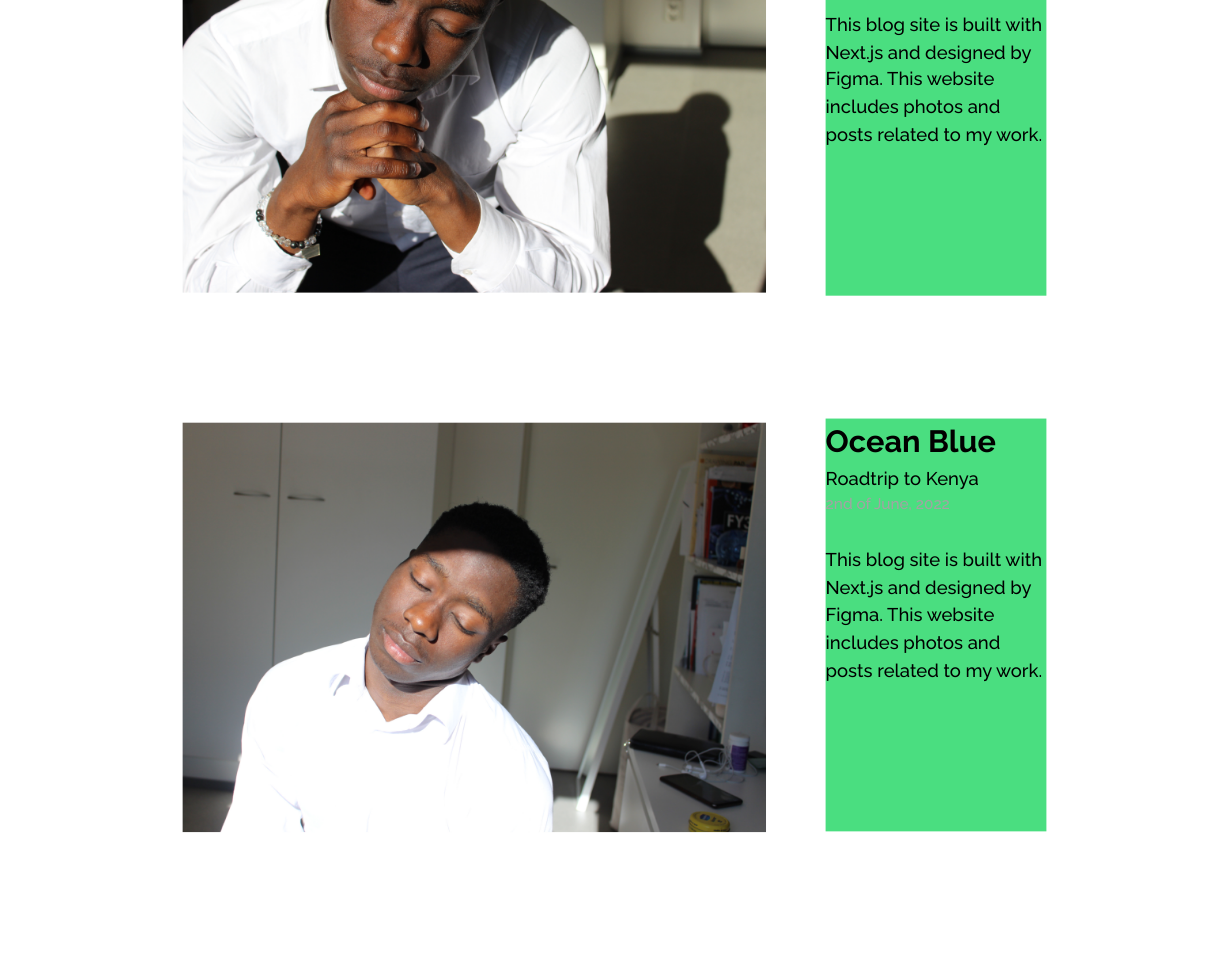
Repository: Graquick/Blog
Page: /photos
An editor plug-in stored every save of this project. The page is shown before and after a run of saves, followed by the edit.
The browser window is 1280 px wide. The pictures show the whole page, at 96% of full size.
The project was rebuilt for these pictures with package versions that can differ from the ones it lists, and the page was loaded fresh each time. The framework's server and built-in components were replaced by stand-ins that run in the browser. Also part of the build but not shown: next.config.js, components/Footer.js.

Above is the page before, as saved 2022-07-07 14:29:46.

### pages/_app.js
import React, { useState, useEffect, useRef, useCallback } from 'react';
import { AnimatePresence } from 'framer-motion'
import { ThemeProvider } from 'next-themes'
import { useRouter } from 'next/router'
import '../styles/globals.css'

function MyApp({ Component, pageProps }) {
  const timeoutRef = useRef();

  const clearTimer = useCallback(
    () => clearTimeout(timeoutRef.current),
    []
  );

  // useEffect(() => {
  //   if (timeoutRef.current) clearTimer();

  //   timeoutRef.current = setTimeout(() => {
  //     window.scrollTo(0, 0);
  //   }, 10);

  //   return () => {
  //     clearTimer();
  //   };
  // }, [clearTimer]);

  useEffect(() => {
    window.history.scrollRestoration = 'manual'
  }, []);


  return (
    <AnimatePresence>
      <ThemeProvider attribute="class">
        <Component {...pageProps} />
      </ThemeProvider>
    </AnimatePresence>
  )
}

export default MyApp

### pages/_document.js
import { Html, Head, Main, NextScript } from 'next/document'

export default function Document() {
  return (
    <Html>
      <Head />
      <body style={{ fontFamily: "Raleway, Roboto", scrollBehavior: "smooth" }}>
        <Main />
        <NextScript />
      </body>
    </Html>
  )
}

### pages/photos.js
import React, { useState, useEffect, useRef } from 'react';
import Head from 'next/head';
import Image from 'next/image';
import Link from 'next/link';
import { useRouter } from 'next/router';
import { motion, AnimatePresence } from 'framer-motion';
import { Icon } from '@iconify/react';

import profile from '../public/profile.png'
import photo1 from '../public/photo-1.png'
import photo2 from '../public/photo-2.png'

import Footer from "../components/Footer";
import Header from "../components/Header";

const photos = [
    { id: 1, src: photo1 },
    { id: 2, src: photo2 }
]

const desc = [
    { id: 1, title: 'Savannah', info: "Roadtrip to Kenya", date: "2nd of June, 2022", text: "This blog site is built with Next.js and designed by Figma. This website includes photos and posts related to my work." },
    { id: 2, title: 'Ocean Blue', info: "Roadtrip to Kenya", date: "2nd of June, 2022", text: "This blog site is built with Next.js and designed by Figma. This website includes photos and posts related to my work."}
]

const layInfo = {
    fixed: "absolute bottom-[4rem] right-0 m-auto flex flex w-[230px] justify-between"
}

export default function Photos() {
  return (
    <>
      <motion.main className="min-h-screen">
          <div className="absolute top-0 bottom-0 left-0 right-0 m-auto w-fit h-fit">
            <Header />
            <div className="w-[900px] h-fit flex justify-between">
              <div>
                {photos.map((img, i) => (
                  <div key={i} className="mb-32">
                    <Image src={img.src}
                      alt="Img"
                      width={608}
                      height={427}
                      blurDataURL={profile}
                      placeholder="blur"
                      priority
                    />
                  </div>
                ))}
              </div>

              <div>
                {desc.map((desc, i) => (
                  <div key={i} className="w-[230px] h-[430px] bg-green-400 flex flex-col gap-8 mb-32">
                    <div>
                      <h1 className="text-[2rem] font-bold w-fit">{desc.title}</h1>
                      <p className="font-medium text-[1.2rem] cursor-default">{desc.info}</p>
                      <span className="font-medium cursor-default text-neutral-400">{desc.date}</span>
                    </div>
                    <p className="font-medium text-[1.2rem] cursor-default">{desc.text}</p>
                  </div>
                ))}
              </div>

              {/* <div className="w-[230px] h-full flex flex-col justify-between">
                <h1 className="text-[2.25rem] font-bold leading-10">Brima Freeman</h1>
                <div className="h-[215px] flex flex-col justify-between">
                  <p className="text-[.9rem]">Hey, I&apos;m a Frontend Developer based in Finland. I enjoy working with Next.js and crafting beautiful front-end experiences.
                  </p>
                  <p className="text-[.9rem]">
                  This blog site is built with Next.js and designed by Figma. This website includes photos and posts related to my work.
                  </p>
                </div>
                <Footer />
              </div> */}
            </div>
        </div>
      </motion.main>
    </>
  )
}

### styles/globals.css
@import url('https://fonts.googleapis.com/css2?family=Press+Start+2P&family=Raleway:wght@300;400;500;600;700&family=Roboto:wght@300;400;500;700&display=swap');
@tailwind base;
@tailwind components;
@tailwind utilities;

* {
  box-sizing: border-box;
}

html,
body {
  padding: 0;
  margin: 0;
}

### components/Header.js
import React, { useState, useEffect, useRef } from 'react';
import Head from 'next/head';
import Image from 'next/image';
import Link from 'next/link';
import { useRouter } from 'next/router';
import { motion, AnimatePresence } from 'framer-motion';
import { Icon } from '@iconify/react';

const Logo = () => {
    return (
        <div className="w-fit flex justify-center gap-2 cursor-pointer transition-all duration-150 ease-in-out group">
            <div className="text-[1.5rem] font-bold uppercase bg-black text-white w-16 h-16 flex items-end justify-end py-0 px-1 ease-in-out dark:bg-zinc-500 dark:text-zinc-400">bf</div><div className="text-[1.5rem] flex items-end justify-end font-bold uppercase text-black ease-in-out dark:text-zinc-500">
                blog
            </div>
        </div>
    )
}

const links = [
    { id: 1, title: 'About', href: '/'},
    { id: 2, title: 'Photos', href: '/photos'},
    { id: 3, title: 'Posts', href: '/posts'}
]

function Header() {
    const router = useRouter();
  return (
    <>
        <main className="left-0 m-auto right-0 py-8 w-full mb-8 h-[8rem] flex justify-between items-center">
            <div >
                <Logo />
            </div>

            <nav className="h-fit">
                <ul className="flex w-[230px] justify-between">
                    {links.map((links, i) => (
                        <div key={i}>
                            <li className={router.pathname === links.href ? "underline-offset-4 underline" : ""}>
                                <Link href={links.href}>
                                    {links.title}
                                </Link>
                            </li>
                        </div>
                    ))}
                </ul>
            </nav>
        </main>
    </>
  )
}

export default Header

### tailwind.config.js
module.exports = {
  content: [
    "./pages/**/*.{js,ts,jsx,tsx}",
    "./components/**/*.{js,ts,jsx,tsx}",
  ],
  darkMode: "class", // "false" or "media"
  theme: {
    extend: {

    },
    screens: {
      '2xl': {'max': '1440px'},
      // => @media (max-width: 1440px) { ... }

      'xl': {'max': '1024px'},
      // => @media (max-width: 1024px) { ... }

      'lg': {'max': '768px'},
      // => @media (max-width: 768px) { ... }

      'md': {'max': '425px'},
      // => @media (max-width: 425px) { ... }

      'sm': {'max': '375px'},
      // => @media (max-width: 375px) { ... }

      'xs': {'max': '320px'},
      // => @media (max-width: 320px) { ... }
    },
    fontFamily: {
      'raleway': "Raleway, sans-serif",
      'roboto': "Roboto, sans-serif",
      'play': "Press\\ Start\\ 2P, cursive"
    }
  },
  plugins: [require('@tailwindcss/forms')],
}

After the next 2 saves:
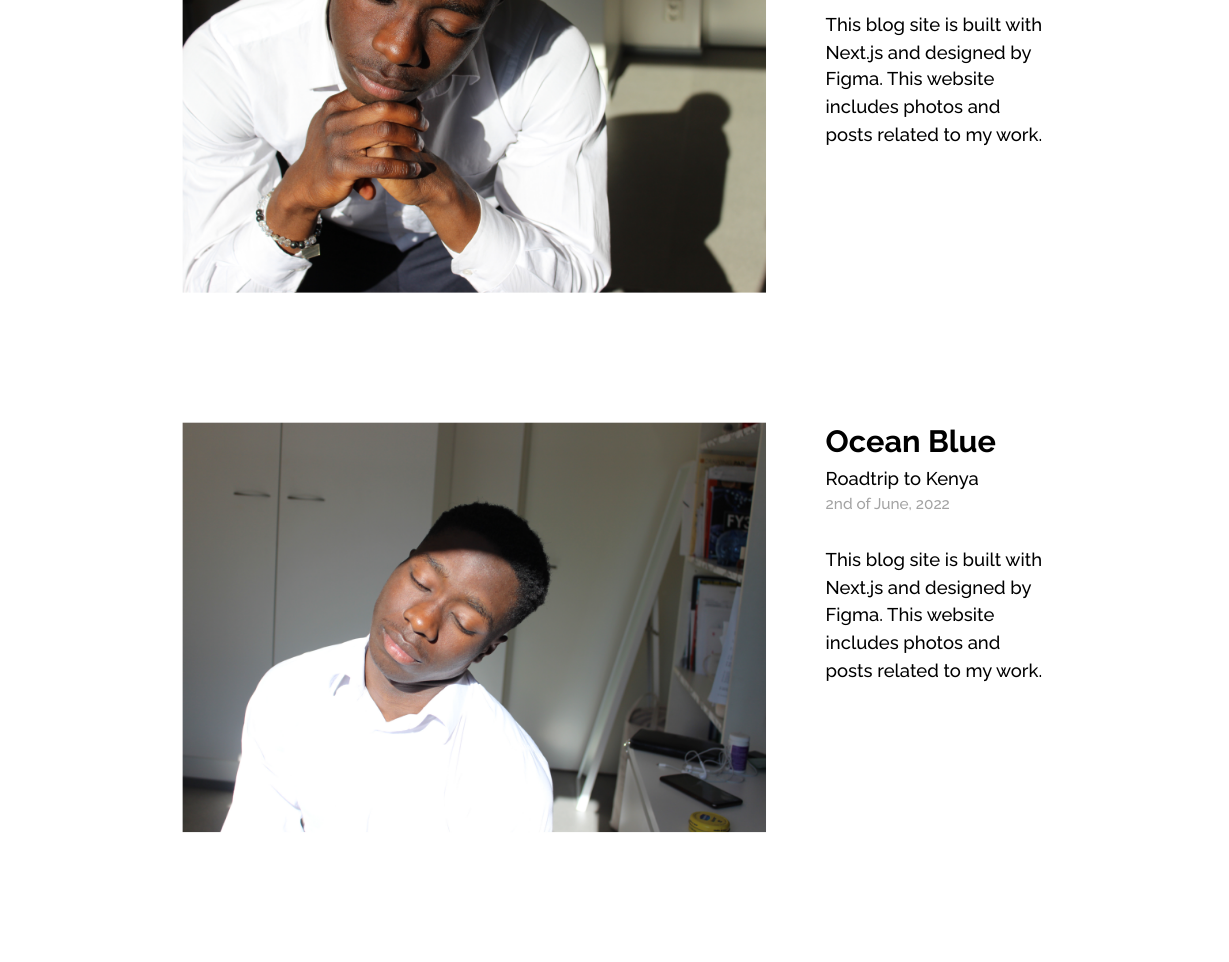
The 2 saves are shown as one change because they came seconds apart.
The last was saved 39 s later.
--- a/pages/photos.js
+++ b/pages/photos.js
@@ -51,7 +51,7 @@ export default function Photos() {
 
               <div>
                 {desc.map((desc, i) => (
-                  <div key={i} className="w-[230px] h-[430px] bg-green-400 flex flex-col gap-8 mb-32">
+                  <div key={i} className="w-[230px] h-[430px] flex flex-col gap-8 mb-32">
                     <div>
                       <h1 className="text-[2rem] font-bold w-fit">{desc.title}</h1>
                       <p className="font-medium text-[1.2rem] cursor-default">{desc.info}</p>
